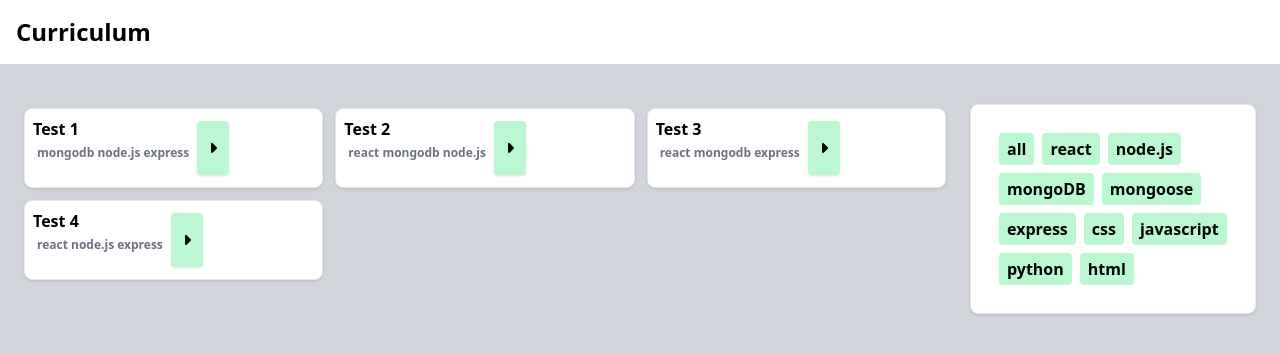
Repository: JetPi/Presentatio-Project
Page: /about/certificates
An editor plug-in stored every save of this project. The page is shown before and after the next save, followed by the edit.
The browser window is 1280 px wide. The pictures show the whole page.
The project was rebuilt for these pictures with package versions that can differ from the ones it lists, and the page was loaded fresh each time. The framework's server and built-in components were replaced by stand-ins that run in the browser. Also part of the build but not shown: next.config.js.

Above is the page before, as saved 2023-04-04 14:17:49.

After the next save:
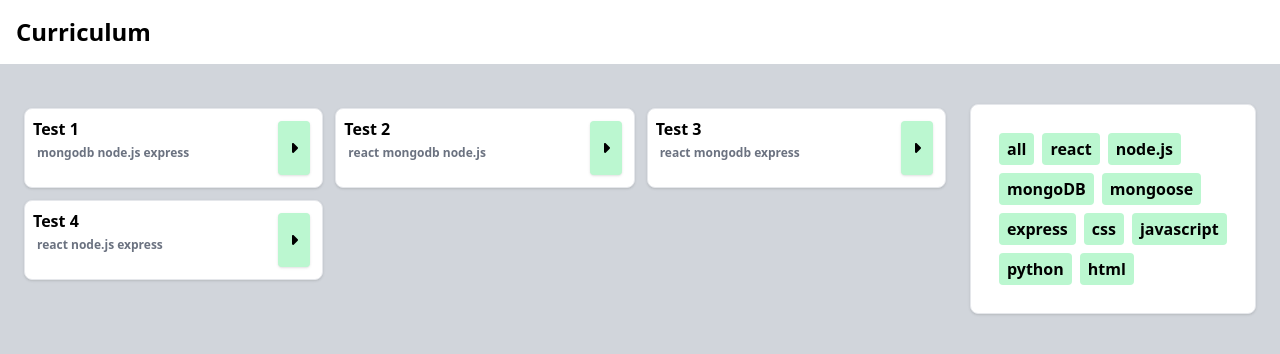
Saved 42 s later.
--- a/src/components/CertificateList.tsx
+++ b/src/components/CertificateList.tsx
@@ -78,7 +78,7 @@ export default function CertificateList({ itemList, skillList }: Props) {
                   })}
                 </div>
               </div>
-              <LinkButton href={url} styling="w-fit ">
+              <LinkButton href={url} styling="w-fit ml-auto">
                 <svg
                   className="w-4 h-4 my-auto"
                   aria-hidden="true"
